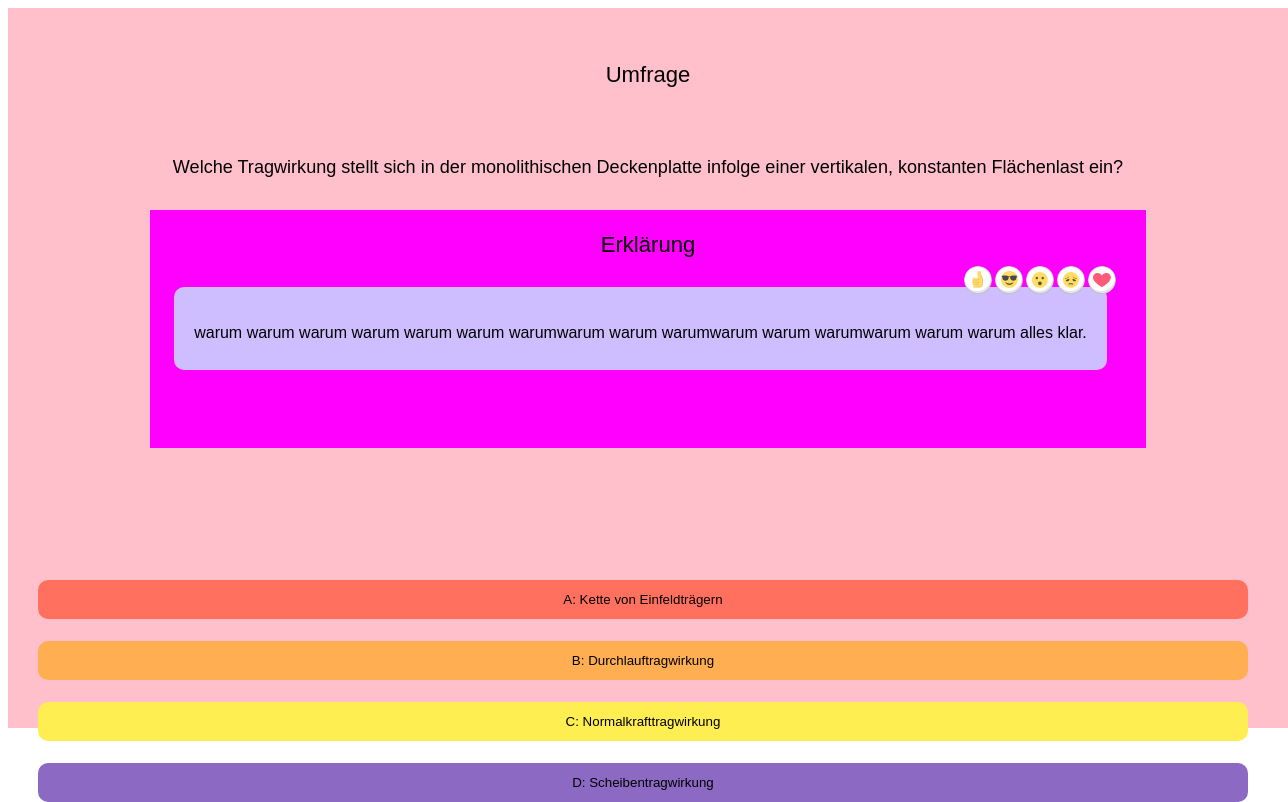
Repository: HyunraDate/Quinlan
Page: /Erklaerung
An editor plug-in stored every save of this project. The page is shown before and after the next save, followed by the edit.
The browser window is 1280 px wide. The page is 1288 px wide, so the pictures cover 1288 px, including what lies to the right of the window. The pictures show the whole page.
The project was rebuilt for these pictures with package versions that can differ from the ones it lists, and the page was loaded fresh each time. Also part of the build but not shown: vite.config.js, src/views/Ergebnis1.vue, src/views/Ergebnis2.vue.

Above is the page before, as saved 2023-07-25 14:49:26.

After the next save:
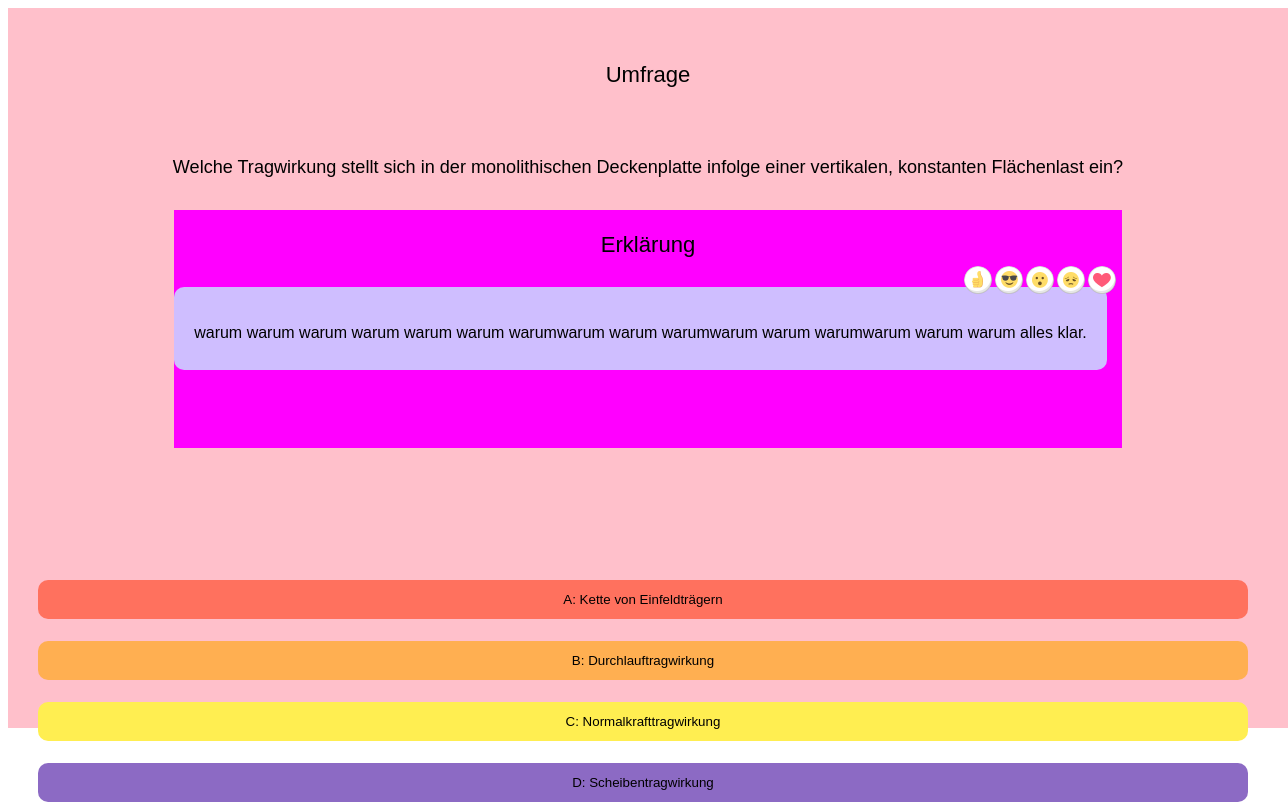
Saved 47 s later.
--- a/src/css/Step4.css
+++ b/src/css/Step4.css
@@ -119,7 +119,8 @@ html {
   }
 
   .page {
-    padding: 1.5rem ;
+    padding-top: 1.5rem ;
+    padding-bottom: 1.5rem ;
     padding-left: 2 rem;
     padding-right: 2 rem;
     background-color: #ff00ff;
